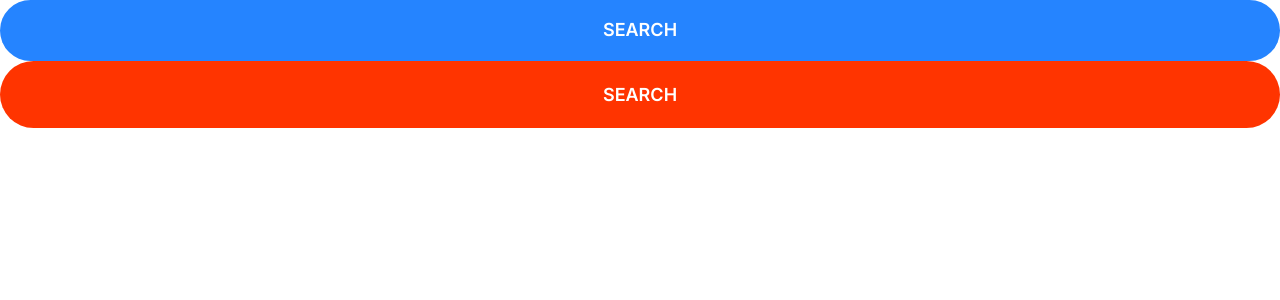
Repository: Qiwenweiii/CodeWithMosh
Page: index.html
These files come from the project's save history. The page is drawn as it stood at one moment and after the next save; the edit follows.
The browser window is 1280 px wide. The pictures show the whole page.

Above is the page before, as saved 2021-11-11 20:53:13.

### index.html
<!DOCTYPE html>
<html>

<head>
    <title>CodeWithMosh</title>
    <meta charset="UTF-8" />

    <link rel="preconnect" href="https://fonts.googleapis.com" />
    <link rel="preconnect" href="https://fonts.gstatic.com" crossorigin />
    <link href="https://fonts.googleapis.com/css2?family=Inter:wght@400;600;700&display=swap" rel="stylesheet" />

    <link rel="stylesheet" href="./styles/normalize.css" />
    <link rel="stylesheet" href="./styles/styles.css" />
</head>

<body>
    <!-- <div class="input-group"> -->
    <!-- <input type="text" class="input" placeholder="Enter domain name here" /> -->
    <button class="btn btn--primary btn--block">Search</button>
    <a href="#" class="btn btn--accent btn--block">Search</a>
    <!-- </div> -->
</body>

</html>

### styles/styles.css
:root {
    /* 定义配色变量 */
    /* 主体配色 */
    --color-primary: #2584ff;
    --color-secondary: #00d9ff;
    --color-accent: #ff3400;
    /* 文本配色 */
    --color-headings: #1b0760;
    --color-body: #918ca4;
    --color-border: #ccc;
    --border-radius: 30px;
}

*,
*::before,
*::after {
    box-sizing: border-box;
}


/* 字体配置 */


/* 设置默认字体大小 */

html {
    /* 默认字体大小是16px，62.5%是10px */
    font-size: 62.5%;
}


/* 设置字体，字体大小和文本颜色 */

body {
    font-family: Inter, Arial, Helvetica, sans-serif;
    color: var(--color-body);
    font-size: 2.4rem;
    line-height: 1.5;
}

h1,
h2,
h3 {
    color: var(--color-headings);
    margin-bottom: 1rem;
}

h1 {
    font-size: 7rem;
}

h2 {
    font-size: 4rem;
}

h3 {
    font-size: 3rem;
}

p {
    margin-top: 0;
}


/* PC端页面字体大小 */

@media screen and (min-width: 1024px) {
    body {
        font-size: 1.8rem;
    }
    h1 {
        font-size: 8rem;
    }
    h3 {
        font-size: 2.4rem;
    }
}


/* 链接配置,Links */

a {
    text-decoration: none;
}

.link-arrow {
    color: var(--color-accent);
    text-transform: uppercase;
    font-size: 2rem;
    font-weight: bold;
}

.link-arrow::after {
    content: "-->";
    margin-left: 5px;
    transition: margin 0.15s;
}

.link-arrow:hover::after {
    margin-left: 10px;
}

@media screen and (min-width: 1024px) {
    .link-arrow {
        font-size: 1.5rem;
    }
}


/* 标签的样式 */


/* 结构 */

.badge {
    border-radius: 20px;
    padding: 0.5rem 2rem;
    font-weight: 600;
    font-size: 2rem;
    white-space: nowrap;
}


/* 外观，常规标签 */

.badge--primary {
    background: var(--color-primary);
    color: #fff;
}

.badge--secondary {
    background: var(--color-secondary);
    color: #fff;
}


/* 小标签 */

.badge--small {
    font-size: 1.6rem;
}

@media screen and (min-width: 1024px) {
    .badge {
        font-size: 1.5rem;
    }
    .badge--small {
        font-size: 1.2rem;
    }
}


/* 列表 */

.list {
    list-style: none;
    padding-left: 0;
    color: var(--color-headings);
}

.list--inline .list__item {
    display: inline-block;
    margin-right: 2rem;
}

.list--tick {
    padding-left: 3rem;
    list-style-image: url(../images/tick.svg);
}

.list--tick .list__item {
    padding-left: 0.5rem;
    margin-bottom: 1rem;
}

@media screen and (min-width: 1024px) {
    .list--tick .list__item {
        padding-left: 0;
    }
}


/* Icon，图标 */

.icon-container {
    display: flex;
    justify-content: center;
    align-items: center;
    background: #f3f9fa;
    width: 64px;
    height: 64px;
    border-radius: 100%;
}

.icon {
    width: 40px;
    height: 40px;
}

.icon--primary {
    fill: var(--color-primary);
}


/* 按钮组件 */

.btn {
    font-size: 1.8rem;
    font-weight: 600;
    text-transform: uppercase;
    text-align: center;
    padding: 2rem 3rem;
    border: 0;
    border-radius: 40px;
    cursor: pointer;
    white-space: nowrap;
}

.btn--primary {
    background-color: var(--color-primary);
    color: #fff;
}

.btn--primary:hover {
    background-color: #3a8ffd;
}

.btn--secondary {
    background-color: var(--color-secondary);
    color: #fff;
}

.btn--secondary:hover {
    background-color: #00c8eb;
}

.btn--accent {
    background-color: var(--color-accent);
    color: #fff;
}

.btn--accent:hover {
    background-color: #ec3000;
}

.btn--block {
    width: 100%;
    display: inline-block;
}


/* 输入框组件 */

.input {
    padding: 1.5rem 3.5rem;
    border: 1px solid var(--color-border);
    border-radius: var(--border-radius);
    outline: none;
    color: var(--color-headings);
    font-size: 2rem;
}

::placeholder {
    color: #cdcdb7;
}

.input-group {
    border: 1px solid var(--color-border);
    border-radius: var(--border-radius);
}

@media screen and (min-width: 1024px) {
    .input {
        font-size: 1.5rem;
    }
}

Loaded but not shown: styles/normalize.css (library)

After the next save:
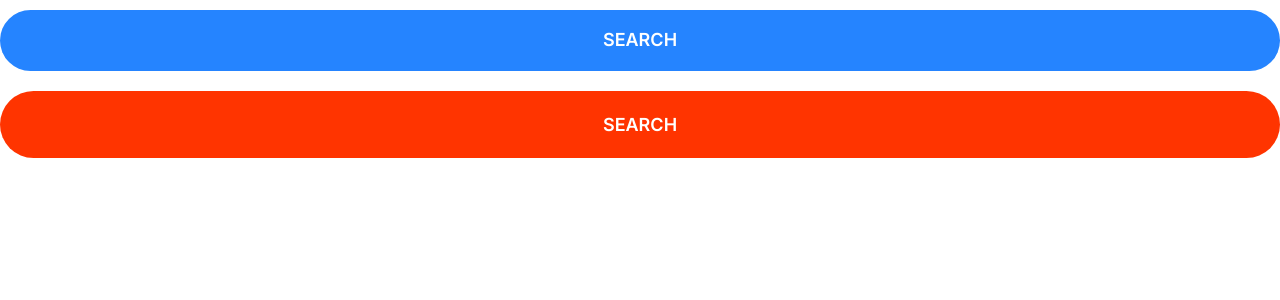
Saved 3 min 37 s later.
--- a/styles/styles.css
+++ b/styles/styles.css
@@ -210,6 +210,7 @@ a {
     text-transform: uppercase;
     text-align: center;
     padding: 2rem 3rem;
+    margin: 1rem 0;
     border: 0;
     border-radius: 40px;
     cursor: pointer;
